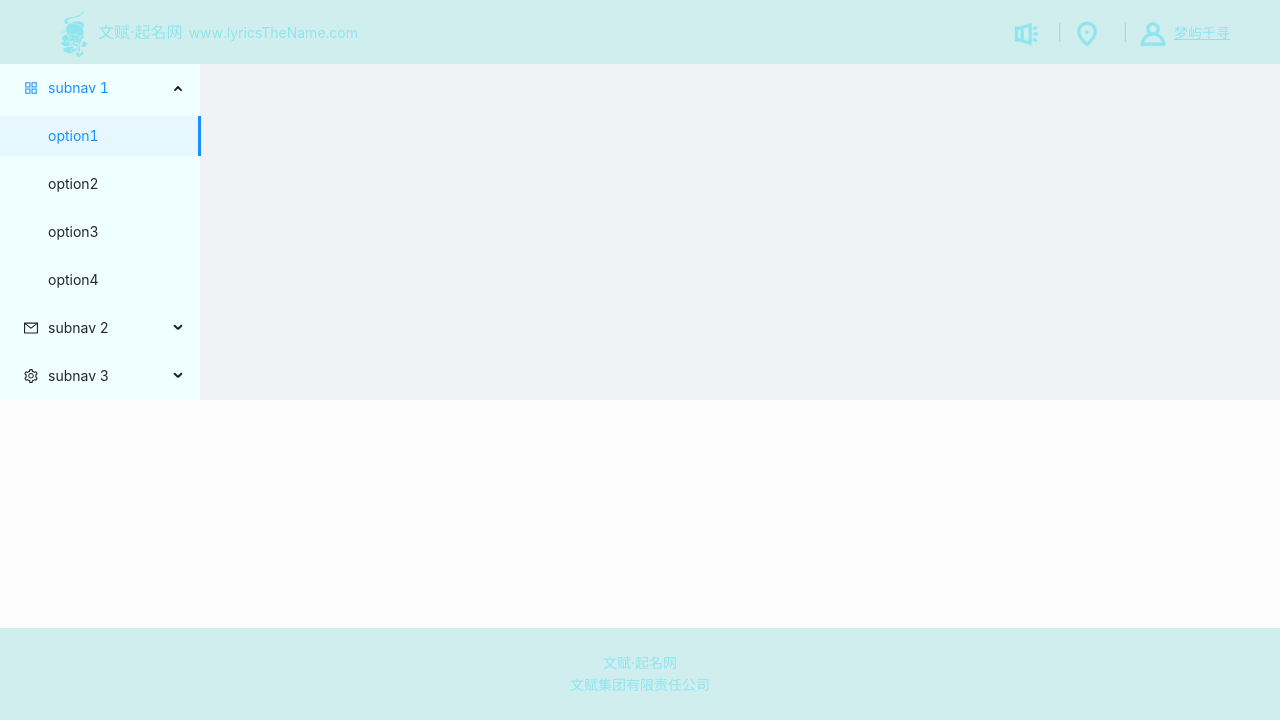
Repository: fangxueliang/react-redux-
Page: /
An editor plug-in stored every save of this project. The page is shown before and after the next save, followed by the edit.
The browser window is 1280 px wide. The pictures show the whole page.
The project was rebuilt for these pictures with package versions that can differ from the ones it lists, and the page was loaded fresh each time.

Above is the page before, as saved 2020-12-30 12:34:23.

### public/index.html
<!DOCTYPE html>
<html lang="en">
  <head>
    <meta charset="utf-8" />
    <meta name="theme-color" content="#000000" />
    <meta name="description" content="Web site created using create-react-app" />
    <title>React App</title>
  </head>
  <body>
    <div id="root"></div>
  </body>
</html>

### src/index.js
// 主入口文件
//主入口
import React from 'react';//引入react
import ReactDOM from 'react-dom';
import { Main } from './Pages';//引入Main文件

import 'antd/dist/antd.css'//antd样式
import './Common/CSS/layout.css'//布局样式
import './Common/CSS/common.css'//引入公共样式

ReactDOM.render(
  <div className="main">
    <Main />
  </div>,
  document.getElementById('root')
);

### src/Pages/index.js
import React from 'react';
import { Layout } from 'antd'
import { MenuSider } from "./Menu/menu";
import { HeaderCommon } from "./Header/header";
import { FooterCommon } from "./Footer/footer";

const { Header, Footer, Content, Sider } = Layout
export const Main = () => {
    return (

        <div className="Home_layout">
            {/* 头部header */}
            <div style={{ width: '100%', height: '20%' }}>
                <Layout>
                    <Header> <HeaderCommon /> </Header>
                </Layout>
            </div>
            <div style={{ width: '100%', height: '80%' }}>
                <Layout>
                    {/* 左侧导航Sider */}
                    <Sider>
                        <MenuSider />
                    </Sider>
                    {/* 主要内容Content */}
                    <Content></Content>
                </Layout>
            </div>
            {/* 底部footer */}
            <div style={{ width: '100%', height: '20%' }}>
                <Layout>
                    <Footer>
                        <FooterCommon />
                    </Footer>
                </Layout>
            </div>
        </div>


    );
}

### src/Common/CSS/layout.css
/* 布局样式  */
.Home_layout .ant-layout-header {
    background: #D1EEEE;
}

.Home_layout .ant-layout-footer {
    position: absolute;
    bottom: 0;
    width: 100%;
    background: #D1EEEE;
}

.Home_layout .ant-layout-sider .ant-menu {
    background: #F0FFFF;
}

### src/Common/CSS/common.css
/* 公共样式 */
body {
    width: 100%;
    height: 100%;
    background: #FCFCFC;
    margin: 0;
}

.main {
    font-size: 16px;
}

### src/Pages/Menu/menu.js
// 左侧菜单
import React from 'react';
import { Menu } from 'antd';
import { AppstoreOutlined, MailOutlined, SettingOutlined } from '@ant-design/icons';

const { SubMenu } = Menu;

export const MenuSider = () => {
    return (
        <Menu
            mode="inline"
            defaultSelectedKeys={['1']}
            defaultOpenKeys={['sub1']}
            style={{ height: '100%', borderRight: 0 }}
        >
            <SubMenu key="sub1" icon={<AppstoreOutlined />} title="subnav 1">
                <Menu.Item key="1">option1</Menu.Item>
                <Menu.Item key="2">option2</Menu.Item>
                <Menu.Item key="3">option3</Menu.Item>
                <Menu.Item key="4">option4</Menu.Item>
            </SubMenu>
            <SubMenu key="sub2" icon={<MailOutlined />} title="subnav 2">
                <Menu.Item key="5">option5</Menu.Item>
                <Menu.Item key="6">option6</Menu.Item>
                <Menu.Item key="7">option7</Menu.Item>
                <Menu.Item key="8">option8</Menu.Item>
            </SubMenu>
            <SubMenu key="sub3" icon={<SettingOutlined />} title="subnav 3">
                <Menu.Item key="9">option9</Menu.Item>
                <Menu.Item key="10">option10</Menu.Item>
                <Menu.Item key="11">option11</Menu.Item>
                <Menu.Item key="12">option12</Menu.Item>
            </SubMenu>
        </Menu>
    )
}

### src/Pages/Header/header.js
// 头部
import React from 'react';
import logo from "../../Asset/img/logo.png";
import myImg from "../../Asset/img/我的.png";
import remindImg from "../../Asset/img/提醒.png";
import positioningImg from "../../Asset/img/定位.png";
import './header.css'

export const HeaderCommon = () => {
    return (
        <div className="header">
            <div className="header_item">
                <img src={logo} className="logo" alt="蓝龙" />
                <span className="logo_title">文赋·起名网</span>
                <a className="logo_URL" href="/">www.lyricsTheName.com</a>
            </div>
            <div className="header_item"></div>
            <div className="header_item header_item_right">
                <span>
                    <img src={remindImg} alt="我的" />
                </span>
                <span className="header_separated">|</span>
                <span>
                    <img src={positioningImg} alt="我的" />
                </span>
                <span className="header_separated"> |</span>
                <span>
                    <img src={myImg} alt="我的" />
                    <span className="header_myName">梦屿千寻</span>
                </span>
            </div>
        </div>
    )
}

### src/Pages/Footer/footer.js
// 头部
import React from 'react';
import './footer.css'

export const FooterCommon = () => {
    return (
        <div className="footer">
            <div>文赋·起名网</div>
            <div>文赋集团有限责任公司</div>
        </div>
    )
}

### src/Pages/Header/header.css
.header {
    display: flex;
    width: 100%;
    height: 100%;
    justify-content: space-between;
}

.header .header_item {
    display: inline-block;
}

.header .header_item .logo {
    width: 48px;
    height: 48px;
}

.header .header_item_right {
    color: #8ee5ee
}

.header .header_item_right img {
    width: 30px;
    height: 30px;
    margin-right: 6px;
}

.header .header_item_right .header_separated {
    margin: 0 10px
}

.header .logo_title {
    color: #8ee5ee
}

.header .logo_URL {
    margin-left: 6px;
    color: #8ee5ee;
    font-size: 14px;
}

.header .header_myName {
    font-size: 14px;
    text-decoration: underline;
}

### src/Pages/Footer/footer.css
.footer {
    text-align: center;
}

.footer div {
    color: #8ee5ee
}

After the next save:
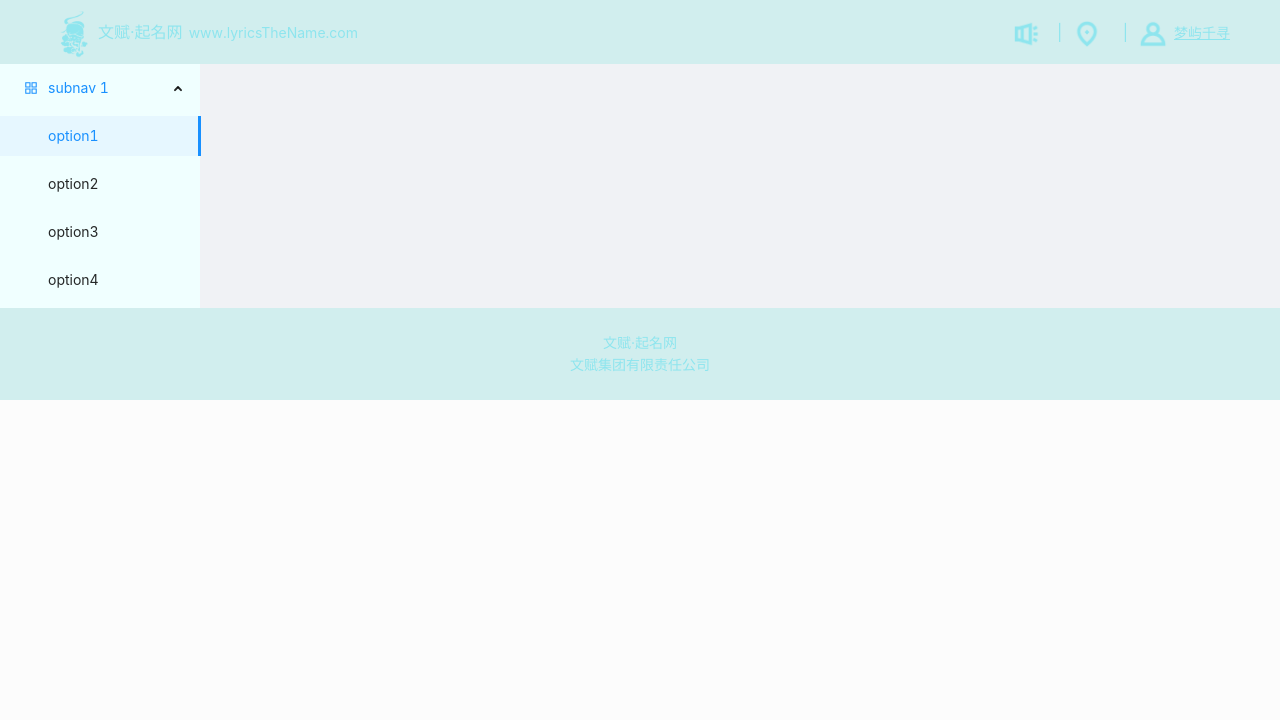
Saved 93 s later.
--- a/src/Common/CSS/layout.css
+++ b/src/Common/CSS/layout.css
@@ -1,6 +1,14 @@
 /* 布局样式  */
+.Home_layout {
+    position: relative;
+    min-height: 100%;
+}
+
 .Home_layout .ant-layout-header {
     background: #D1EEEE;
+
+
+
 }
 
 .Home_layout .ant-layout-footer {
